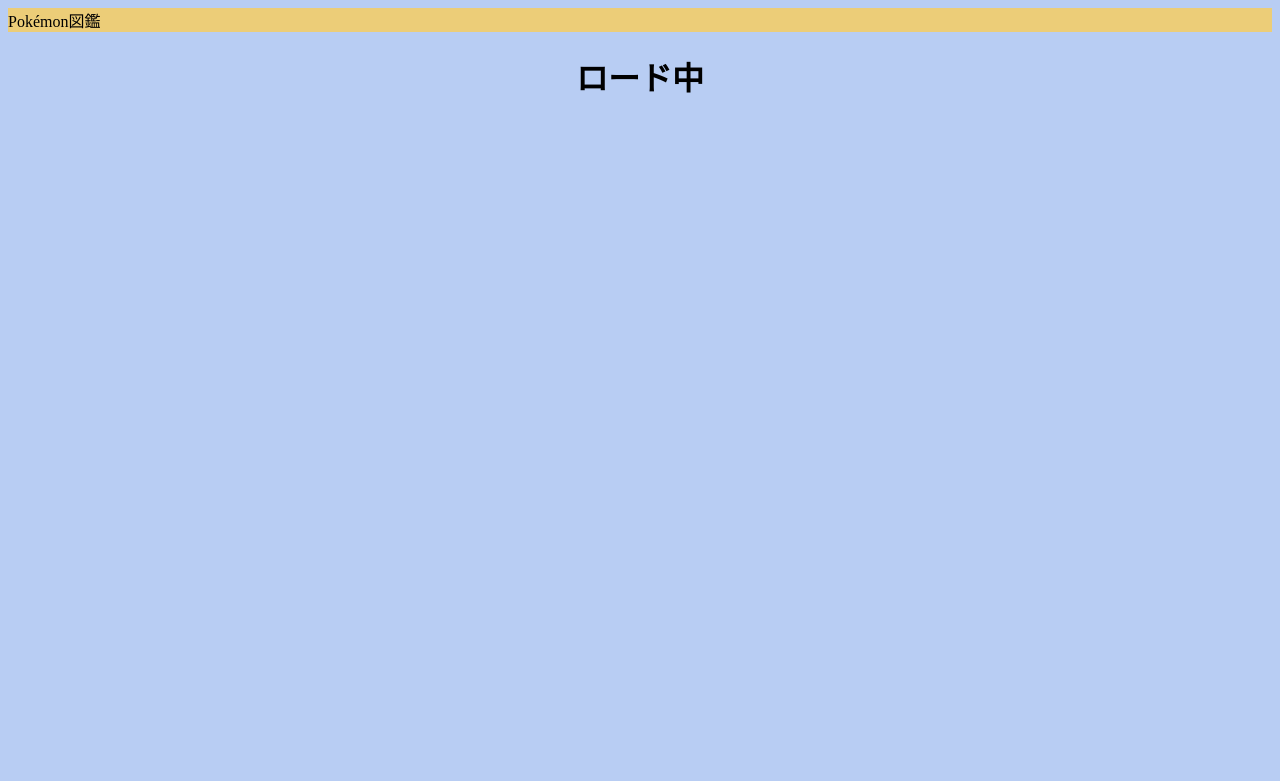
Repository: kusabi-19/pokemon
Page: /
The author's editor kept a copy of each file at every save. The page is drawn from the files as they stood at one save, then again after the next save.
The browser window is 1280 px wide. The pictures show the whole page.
The page's requests for data from a server got no answer. The project was rebuilt for these pictures with package versions that can differ from the ones it lists, and the page was loaded fresh each time. No one was signed in, and anything a server would have sent is missing. Also part of the build but not shown: src/components/Card/Card.css, src/components/Card/Card.js.

Above is the page before, as saved 2025-05-12 11:09:33.

### src/index.css
body {
  background-color: #b8cdf3;
}

### src/App.js
import { useEffect, useState } from 'react';
import './App.css';
import { getAllPokemon , getPokemon} from './utils/Pokemon';
import Card from './components/Card/Card';
import Navbar from './components/Navbar/Navbar';
function App() {
  const initialURL ="https://pokeapi.co/api/v2/pokemon";
  const [loading, setLoading] = useState(true);
  const [pokemonData , setPokemonData] = useState([]);
  useEffect(() => {
    const fetchPokemonData = async () => {
      //すべてのPokémon
      let res = await getAllPokemon(initialURL);
      //各ポケモンの詳細なデータを取得
      loadPokemon(res.results)
      // console.log(res.results)
      setLoading(false);
    };

    fetchPokemonData();
  },[])

  const loadPokemon = async (data) =>{ //asyncを書かないと　setPokemonData() に「未解決のPromise」を渡すことになる
    let _pokemonData = await Promise.all( //配列の中身すべての取得が終わるまで待つ
      data.map((pokemon) =>{
        let pokemonRecord = getPokemon(pokemon.url)
        return pokemonRecord;
      })
    );
    setPokemonData(_pokemonData);
  };

  console.log(pokemonData)
  return (
    <>
      <Navbar />
      <div className="App">
        {loading ? (
          <h1>ロード中</h1>
        ):(
          <>
            <div className='pokemonCardContainer'>
              {pokemonData.map((pokemon , i) => {
                return <Card key={i} pokemon={pokemon} />
              })}
            </div>
          </>
        )
      }
      </div>
    </>

  );
}

export default App;

### src/App.css
.App{
  text-align: center;
  width: 100%;
  height: 100vh;
}

.pokemonCardContainer{
  display: grid;
  grid-template-columns: 1fr 1fr 1fr;
  place-items: center;
  gap: 20px;
  margin-top: 20px;
}

### src/utils/Pokemon.js
export const getAllPokemon = (url) =>{
  return new Promise((resolve , reject) => {
    fetch(url)//APIのエンドポイントにHTTPリクエストを送信
      .then((res) => res.json())// 返ってきたレスポンスを JSON 形式に変換
      .then((data) => resolve(data));
  });
}

export const getPokemon = (url) =>{
  return new Promise ((resolve , reject) => {
    fetch(url)
      .then((res) => res.json())
      .then((data) => {
        resolve(data)
      });
  });
}

### src/components/Navbar/Navbar.js
import React from 'react'
import './Navbar.css'

const Navbar = () => {
  return (
    <nav>Pokémon図鑑</nav>
  )
}

export default Navbar

### src/components/Navbar/Navbar.css
nav{
  background-color: #eccd78;
}

Loaded but not shown: public/index.html (common file); src/index.js (common file)

After the next save:
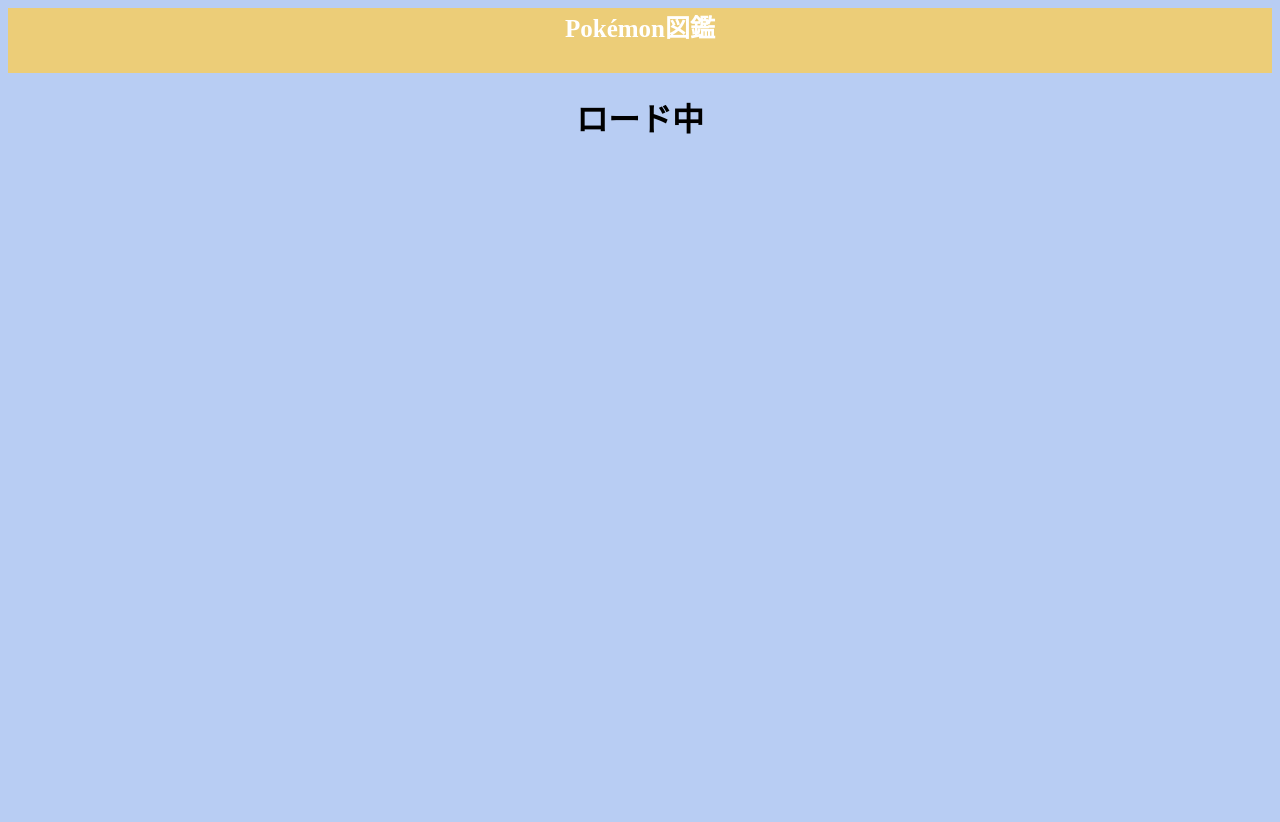
Saved 28 s later.
--- a/src/components/Navbar/Navbar.css
+++ b/src/components/Navbar/Navbar.css
@@ -1,3 +1,8 @@
 nav{
   background-color: #eccd78;
+  color: #ffffff;
+  height: 65px;
+  font-weight: 600;
+  font-size: 25px;
+  text-align: center;
 }
